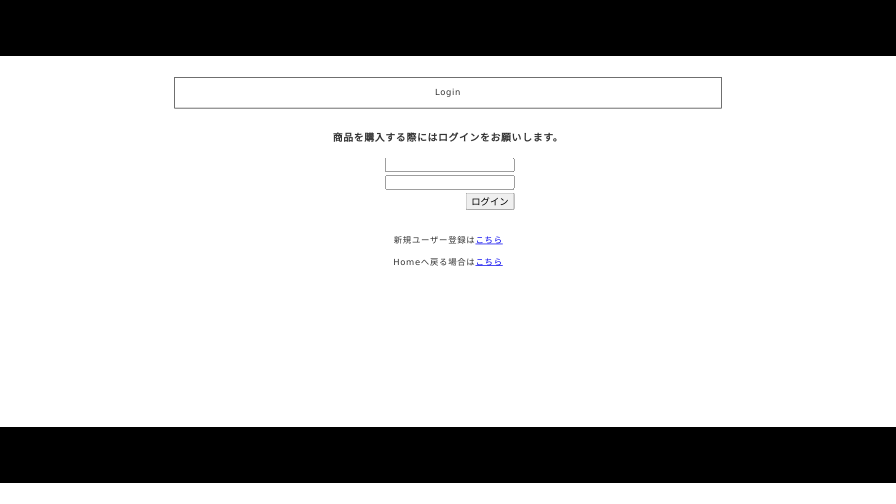
Repository: SNMAGNET/backup
Page: http://localhost/ecsite/HomeAction.action
These files come from the project's save history. The page is drawn as it stood at one moment and after the next save; the edit follows.
The browser window is 1280 px wide. The pictures show the whole page, at 70% of full size.
The page is served by Tomcat 9. Other server files are loaded and not shown.

Above is the page before, as saved 2018-01-17 08:20:14.

### ecsite/WebContent/login.jsp
<%@ page language="java" contentType="text/html; charset=UTF-8"
	pageEncoding="UTF-8"%>
<%@ taglib prefix="s" uri="/struts-tags"%>

<!DOCTYPE html>
<html>
<head>
	<meta charset="utf-8">
	<meta http-equiv="Content-Type" content="text/html; charset=utf-8" />
	<meta http-equiv="Content-Style-Type" content="text/css" />
	<meta http-equiv="Content-Script-Type" content="text/javascript" />
	<meta http-equiv="imagetoolbar" content="no" />
	<meta name="description" content="" />
	<meta name="keywords" content="" />
	<meta charset="utf-8">
	<title>Login画面</title>
	<style type="text/css">

		/* ========TAG LAYOUT======== */
		body {
		   margin:0;
		   padding:0;
		   line-height:1.6;
		   letter-spacing:1px;
		   font-family:Verdana, Helvetica, sans-serif;
		   font-size:12px;
		   color:#333;
		   background:#fff;
		}

		table {
			text-align:center;
			margin:0 auto;
		}

		/* ========ID LAYOUT======== */
		#top {
		   width:780px;
		   margin:30px auto;
		   border:1px solid #333;
		}

		#header {
		   width: 100%;
		   height: 80px;
		   background-color: black;
		}

		#main {
		   width: 100%;
		   height: 500px;
		   text-align: center;
		}

		#footer {
			width: 100%;
			height: 80px;
			background-color: black;
			clear:both;
		}

		#text-link {
			display: inline-block;
			text-align: right;
		}
	</style>
</head>
<body>
	<div id="header">
	 	<div id="pr">
		</div>
	</div>
	<div id="main">
		<div id="top">
			<p>Login</p>
		</div>
		<div>
			<h3>商品を購入する際にはログインをお願いします。</h3>
			<s:form action="LoginAction">
				<s:textfield name="loginUserId"/>
				<s:password name="loginPassword"/>
				<s:submit value="ログイン"/>
			</s:form>
			<br/>
			<div id="text-link">
				<p>新規ユーザー登録は<a href='<s:url action="UserCreateAction" />'>こちら</a></p>
				<p>Homeへ戻る場合は<a href='<s:url action="GoHomeAction" />'>こちら</a></p>
			</div>
		</div>
	</div>
	<div id="footer">
	 	<div id="pr">
		</div>
	</div>
</body>
</html>

After the next save:
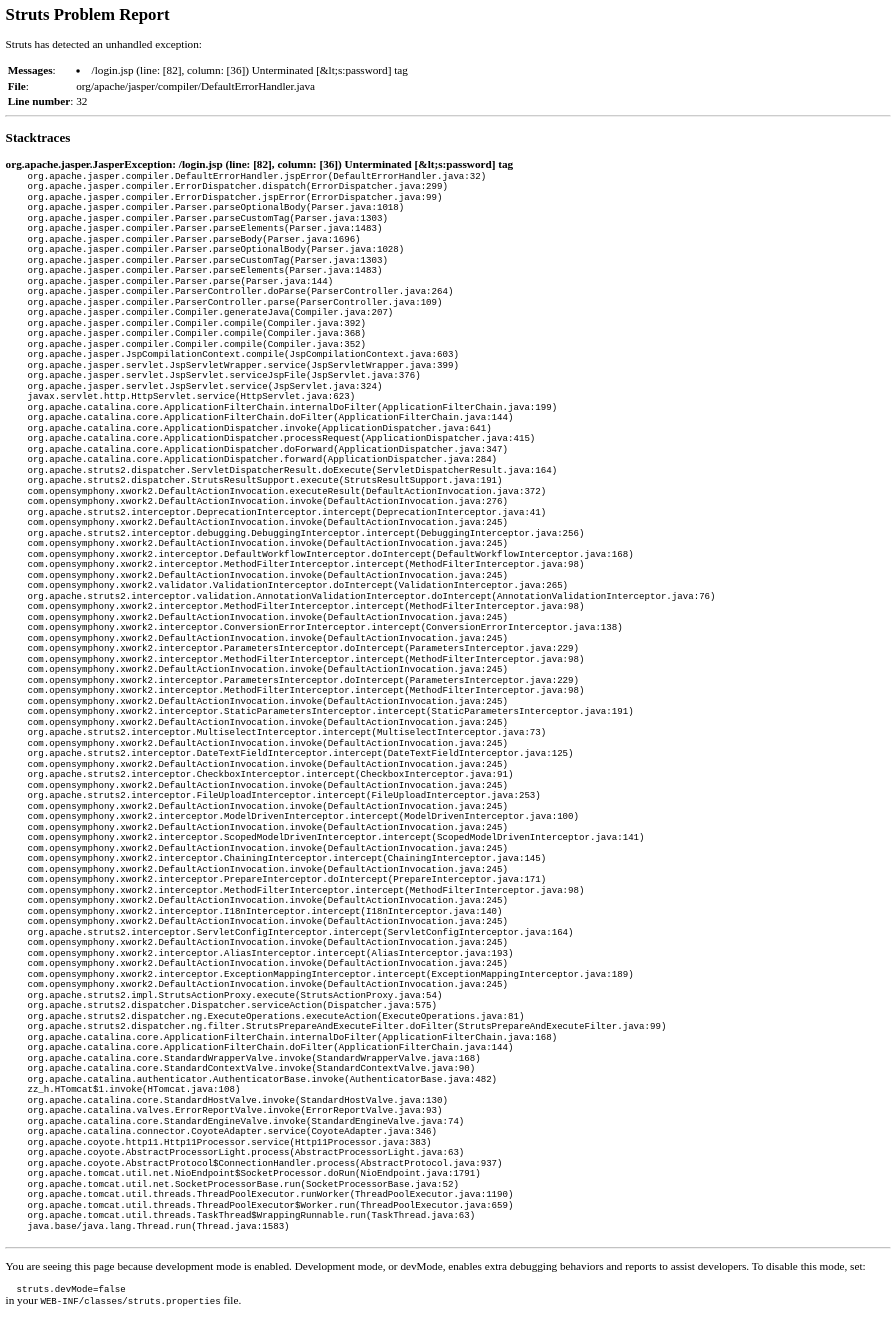
Saved 19 h 45 min later.
--- a/ecsite/WebContent/login.jsp
+++ b/ecsite/WebContent/login.jsp
@@ -77,8 +77,10 @@
 		<div>
 			<h3>商品を購入する際にはログインをお願いします。</h3>
 			<s:form action="LoginAction">
-				<s:textfield name="loginUserId"/>
-				<s:password name="loginPassword"/>
+				<s:textfield name="loginUserId"
+				             placeholder="ユーザーID"/>
+				<s:password name="loginPassword"/
+				            placeholder="ユーザーID">
 				<s:submit value="ログイン"/>
 			</s:form>
 			<br/>

After the save that followed:
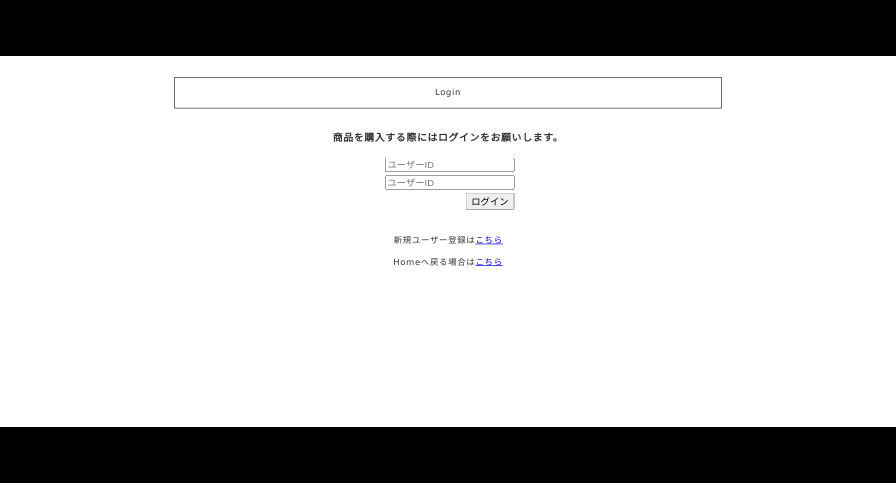
Saved 9 s later.
--- a/ecsite/WebContent/login.jsp
+++ b/ecsite/WebContent/login.jsp
@@ -79,8 +79,8 @@
 			<s:form action="LoginAction">
 				<s:textfield name="loginUserId"
 				             placeholder="ユーザーID"/>
-				<s:password name="loginPassword"/
-				            placeholder="ユーザーID">
+				<s:password name="loginPassword"
+				            placeholder="ユーザーID"/>
 				<s:submit value="ログイン"/>
 			</s:form>
 			<br/>
